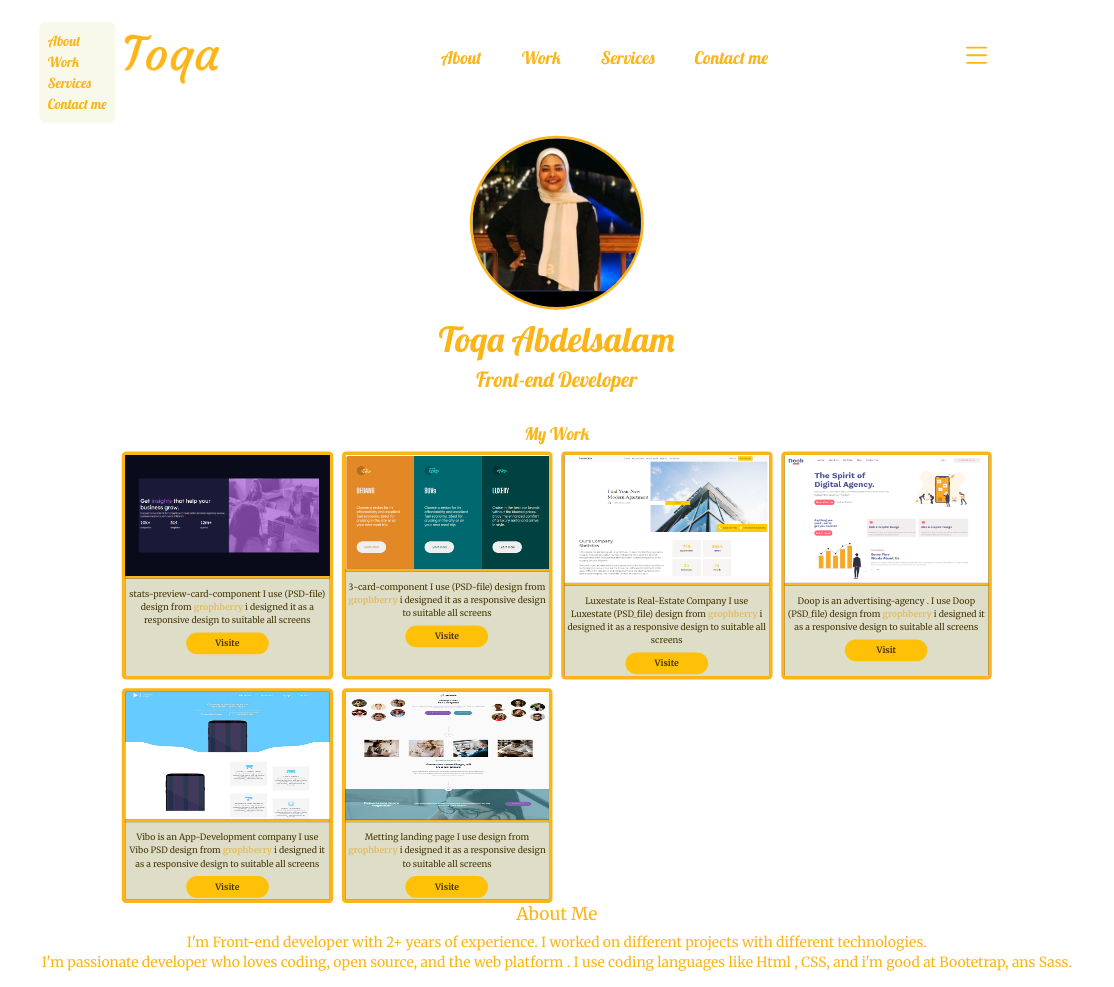
Repository: Toqa-25/portfolio
Page: index.html
These files come from the project's save history. The page is drawn as it stood at one moment and after the next save; the edit follows.
The browser window is 1280 px wide. The pictures show the whole page, at 87% of full size.
Some web fonts or font styles are not loaded; a fallback is used.

Above is the page before, as saved 2021-10-31 16:15:31.

### index.html
<!DOCTYPE html>
<html lang="en">
<head>
    <meta charset="UTF-8">
    <meta http-equiv="X-UA-Compatible" content="IE=edge">
    <meta name="viewport" content="width=device-width, initial-scale=1.0">
    <title>Toqa Portfolio</title>
      <!-- bootstrap file -->
      <link rel="stylesheet" href="css/all.min.css">
      <link rel="stylesheet" href="css/bootstrap.css">
      <!-- css file -->
      <link rel="stylesheet" href="css/style.css">
      <!-- fonts -->
      <link rel="preconnect" href="https://fonts.googleapis.com">
<link rel="preconnect" href="https://fonts.gstatic.com" crossorigin>
<link href="https://fonts.googleapis.com/css2?family=Lobster&family=Otomanopee+One&display=swap" rel="stylesheet">
<link rel="preconnect" href="https://fonts.googleapis.com">
<link rel="preconnect" href="https://fonts.gstatic.com" crossorigin>
<link href="https://fonts.googleapis.com/css2?family=Merriweather:ital,wght@0,300;0,400;0,700;0,900;1,300;1,400;1,700;1,900&display=swap" rel="stylesheet">
<link rel="preconnect" href="https://fonts.googleapis.com">
<link rel="preconnect" href="https://fonts.gstatic.com" crossorigin>
<link href="https://fonts.googleapis.com/css2?family=Bebas+Neue&family=Oswald:wght@200;300;400;500;600;700&display=swap" rel="stylesheet">
</head>
<body>
        <!-- header section -->
    <header class="pad">
       <nav class="container">
         <div class="header-content">
           <div class="header-logo">
             <img src="images/logo.png" alt="logo">
           </div>
           <div class="header-nav">

           </div>

         </div>
       <ul class="list">
           <li>About</li>
           <li>Work</li>
           <li>Services</li>
           <li>Contact me</li>
           <!-- <li>Reviews</li> -->
       </ul>
       <div role="bar">
      <svg xmlns="http://www.w3.org/2000/svg" width="35" height="35" fill="#fbb519" class="bi bi-list" viewBox="0 0 16 16">
        <path fill-rule="evenodd" d="M2.5 12a.5.5 0 0 1 .5-.5h10a.5.5 0 0 1 0 1H3a.5.5 0 0 1-.5-.5zm0-4a.5.5 0 0 1 .5-.5h10a.5.5 0 0 1 0 1H3a.5.5 0 0 1-.5-.5zm0-4a.5.5 0 0 1 .5-.5h10a.5.5 0 0 1 0 1H3a.5.5 0 0 1-.5-.5z"/>
      </svg>
      <ul class="hidden-bar">
        <li>About</li>
        <li>Work</li>
        <li>Services</li>
        <li>Contact me</li>
        <!-- <li>Reviews</li> -->
      </ul>
      </div>
    </nav>
    </header><!-- end header section -->

    <!-- information  section -->
    <section  class="inform pad">
      <div class="main-inform " role="main">
        <div class="inform-info">
        <img src="images/toqa.jpg" alt=""><br>
        <h1>Toqa Abdelsalam</h1>
        <h4>Front-end Developer</h4>
      </div>
      </div>
    </section>

      <section class="section container work">
      <h5>My Work</h5>
      <div class="card-groups">
      <div class="project card" role="menu">
        <img src="images/toqa-25.github.io_stats-preview-card-component-main_.png" alt="">
        <p>stats-preview-card-component
      I use  (PSD-file) design from <span> <a href="https://www.frontendmentor.io/">grophberry</a></span>
  i designed it as a responsive design to suitable all screens <br>
  <button><a href="https://toqa-25.github.io/stats-preview-card-component-main/">Visite</a></button>
 </p>
 </div>
      <div class="project card" role="menu">
        <img src="images/toqa-25.github.io_3-cards-component3_.png" alt="">
        <p>3-card-component
      I use (PSD-file) design from <span> <a href="https://www.frontendmentor.io/">grophberry</a></span>
  i designed it as a responsive design to suitable all screens <br>
  <button><a href="https://toqa-25.github.io/3-cards-component/">Visite</a></button>
 </p>
 </div>
      <div class="project card" role="menu">
          <img src="images/destop-luxestate - Copy (1).png" alt="">
          <p>Luxestate is Real-Estate Company
        I use Luxestate (PSD_file) design from <span> <a href="https://www.graphberry.com/">grophberry</a></span>
    i designed it as a responsive design to suitable all screens <br>
    <button><a href="https://toqa-25.github.io/luxstate-project-/">Visite</a></button>
   </p>
   </div>
      <div class="project card" role="menu">
          <img src="images/web_design.png" alt="">
          <p>Doop is an advertising-agency .
        I use Doop (PSD_file) design from <span> <a href="https://www.graphberry.com/">grophberry</a></span>
    i designed it as a responsive design to suitable all screens <br>
    <button><a href="https://toqa-25.github.io/simply-agency/">Visit </a></button>
   </p>
   </div>
      <div class="project card" role="menu">
        <img src="images/Vibo_App(desktop)_toqa-25.github.io2.png" alt="">
          <p>Vibo is an App-Development company
        I use Vibo PSD design from <span> <a href="https://www.graphberry.com/">grophberry</a></span>
    i designed it as a responsive design to suitable all screens <br>
    <button><a href="https://toqa-25.github.io/vibo-app/">Visite</a></button>
   </p>
   </div>
   <div class="project card" role="menu">
    <img src="images/toqa-25.github.io_landing-meeting-page_desktop.png" alt="">
    <p>Metting landing page
  I use  design from <span> <a href="https://www.frontendmentor.io/">grophberry</a></span>
i designed it as a responsive design to suitable all screens <br>
<button><a href="https://toqa-25.github.io/landing-meeting-page/">Visite</a></button>
</p>
</div>
   </div>
      </section>

      <section class="section about">

          <h5>About Me</h5>
      <p> I'm Front-end developer with 2+ years of experience. I worked on different projects with different technologies. <br>
       I'm passionate developer who loves coding, open source, and the web platform .
       I use coding languages like Html , CSS, and i'm good at Bootetrap, ans Sass. </p>
      </section>

</body>
</html>

### css/style.css
/*
    public style
***********************
*/
:root{
    --main-color:#fbb519;
    --section-padding:30px;
}
* , *:after , *:before{
    box-sizing: border-box;
    margin: 0;
    padding: 0;
}
body{
    font-family: 'Merriweather', serif;
    color:var(--main-color);
}
.pad{
    padding: var(--section-padding) 0;
}
.container
{
  width: 80%;
  margin:auto;
}
 .pad h5{
    text-align: center;
    font-family: 'Lobster';
    margin-bottom: 15px;
 }
/*
    header style
***********************
*/
 header{
    font-family: 'Lobster', cursive;
 }
 nav{
      display: flex;
    justify-content: space-between;
    align-items: center;
 }
  nav img{
     margin-top:10px;
 }
 nav .list{
     width: 50%;
    margin-top:20px;
    list-style: none;
    color:var(--main-color);
    display: flex;
    justify-content: space-evenly;
    cursor: pointer;
    font-size: 20px;
 }
 nav .list li{
     font-size: 20px;
     transition: .2s;
     -webkit-transition: .2s;
     -moz-transition: .2s;
     -ms-transition: .2s;
     -o-transition: .2s;
    }
    nav .list li:hover{
        border-bottom: 2px solid var(--main-color);
    }


.bar{
     position: relative;
 }
  .hidden-bar {
     display: block;
     color:var(--main-color);
     position: absolute;
    top: 25px;
    left: 45px;
     background-color: #f5f5dc91;
     list-style: none;
     border-radius: 8px;
     padding: 10px;

 }
/* media quary for header*/
 @media (max-width: 768px){
  nav .list {
      display: none;
  }
  /* div{
      display: block;
      padding: 15px;
  } */
  .main-inform  h2{
    font-size: 20px;
    line-height: 2rem;
  }
  .main-inform img{
    width: 100px;
    height: 100px;
 }
}
 @media (min-width: 768px){
     /* nav div{
         display: none;

     } */
 }


 /* .hidden-bar{
    display: none;

} */
.hidden-bar li:hover{
 padding: 5px;
 font-size: 25px;
}
/*
    my image style
***********************
*/

 .main-inform{
    color: var(--main-color);
    text-align: center;
    /* background-image: url(../images/mohammad-rahmani-8qEB0fTe9Vw-unsplash.jpg); */
    height: 300px;
    display: flex;
    align-items: center;
    justify-content: center;
    /* font-family: 'Bebas Neue', cursive; */
     /* font-family: 'Oswald', sans-serif; */
     font-family: 'Lobster', cursive;


 }
 .main-inform img{
     width: 200px;
     height: 200px;
     border:3px solid;
     border-radius: 50%;
     -webkit-border-radius: 50%;
     -moz-border-radius: 50%;
     -ms-border-radius: 50%;
     -o-border-radius: 50%;
     margin-bottom: 10px;
}
 h2{
    color: #dad3d3;
    text-transform: uppercase;
    line-height: 3rem;
 }
 span{
     color:var(--main-color)
 }
 .card-groups{
     display: grid;
    grid-template-columns:repeat(4,1fr);
    gap:10px;
 }
 .work h5{
    text-align: center;
    font-family: 'Lobster';
 }
.card {
    width: 100%;
    height: 100%;
    position: relative;
    display: flex;
    flex-direction: column;
    min-width: 0;
    word-wrap: break-word;
    background-color: black;
    background-clip: border-box;
    border: 4px solid var(--main-color);
    border-radius: 0.3rem;
}

.card img{
    max-width:100%;
    max-height: 150px;
    border-bottom: 3px solid;
}
.card img:hover{
   transform: scale(1.1);
   -webkit-transform: scale(1.1);
   -moz-transform: scale(1.1);
   -ms-transform: scale(1.1);
   -o-transform: scale(1.1);
}
.card p{
    margin-bottom: 1rem;
    background-color: black;
    font-size: 10px;
    padding: 2px;
    margin: 0px;
    margin-top: 0px;
    width: 100%;
    height: 100%;
    text-align: center;
    color:#483705;
    background-color: #f5f5dce8;
    padding-top: 10px;

}
.card p a{
    text-decoration: none;
    color: #e2bc66;
    font-weight: bolder;
}
.card p:hover{

}

.card button{
    width: 95px;
    text-align: center;
    background-color: #ffc107;
    border: none;
    border-radius: 15px;
    padding: 5px;
    margin-top: 7px;
}
.card button:hover{
    width:120px;
    padding: 10px;
}
.card button a{
    text-decoration: none;
    color: #483705;
}

.about{
    text-align: center;

}

/*
           media quary style
    ***************************************
        //extra small devices @media (maxwidth:575px)
        //small devices @media (maxwidth:767px)
        //medium devices @media (maxwidth:991px)
        //large devices @media (maxwidth:1199px)
*/

Loaded but not shown: css/all.min.css (library); css/bootstrap.css (library)

After the next save:
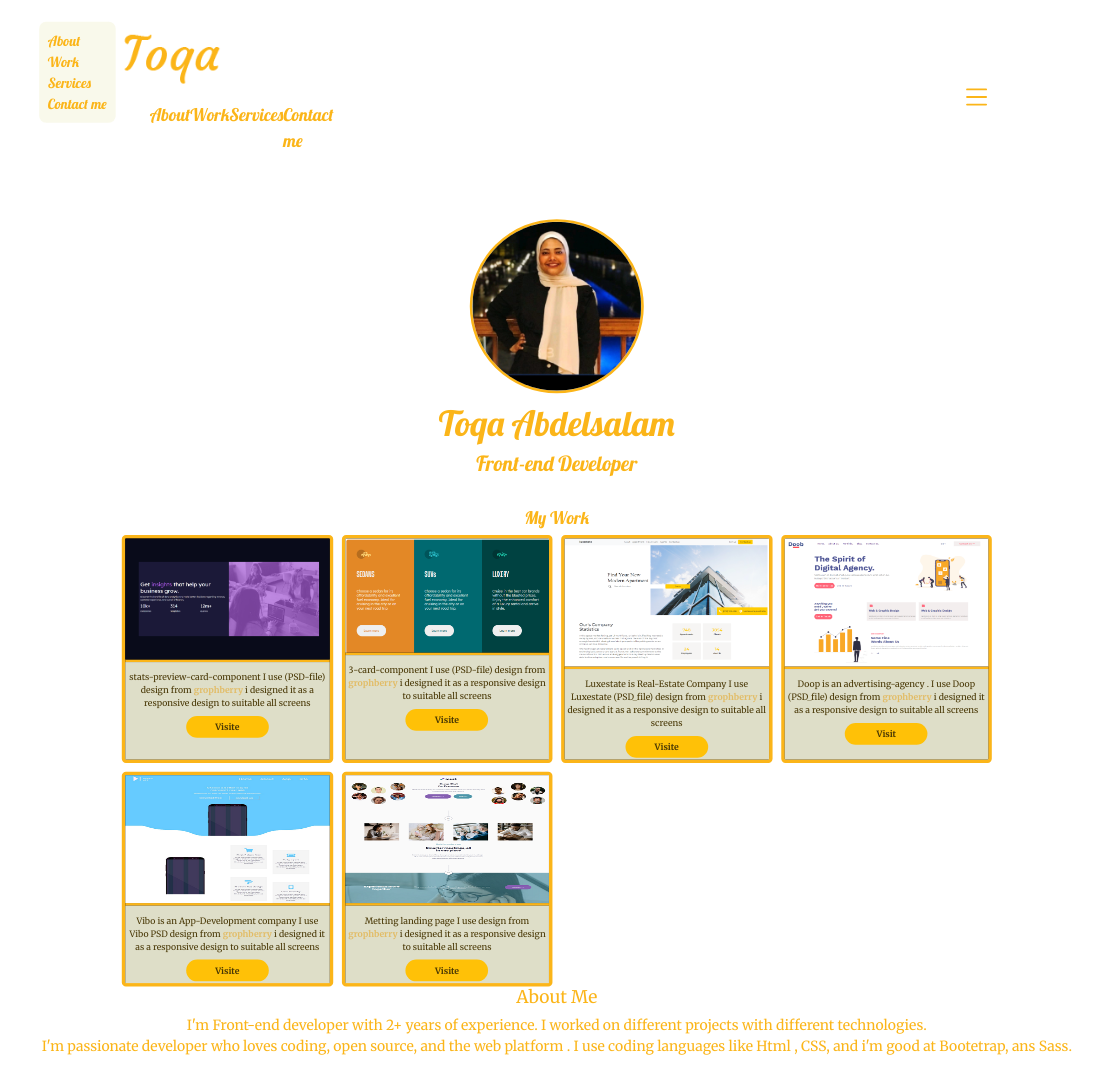
Saved 9 s later.
--- a/index.html
+++ b/index.html
@@ -30,17 +30,17 @@
              <img src="images/logo.png" alt="logo">
            </div>
            <div class="header-nav">
+             <ul class="list">
+                 <li>About</li>
+                 <li>Work</li>
+                 <li>Services</li>
+                 <li>Contact me</li>
+                 <!-- <li>Reviews</li> -->
+             </ul>
 
            </div>
 
          </div>
-       <ul class="list">
-           <li>About</li>
-           <li>Work</li>
-           <li>Services</li>
-           <li>Contact me</li>
-           <!-- <li>Reviews</li> -->
-       </ul>
        <div role="bar">
       <svg xmlns="http://www.w3.org/2000/svg" width="35" height="35" fill="#fbb519" class="bi bi-list" viewBox="0 0 16 16">
         <path fill-rule="evenodd" d="M2.5 12a.5.5 0 0 1 .5-.5h10a.5.5 0 0 1 0 1H3a.5.5 0 0 1-.5-.5zm0-4a.5.5 0 0 1 .5-.5h10a.5.5 0 0 1 0 1H3a.5.5 0 0 1-.5-.5zm0-4a.5.5 0 0 1 .5-.5h10a.5.5 0 0 1 0 1H3a.5.5 0 0 1-.5-.5z"/>
